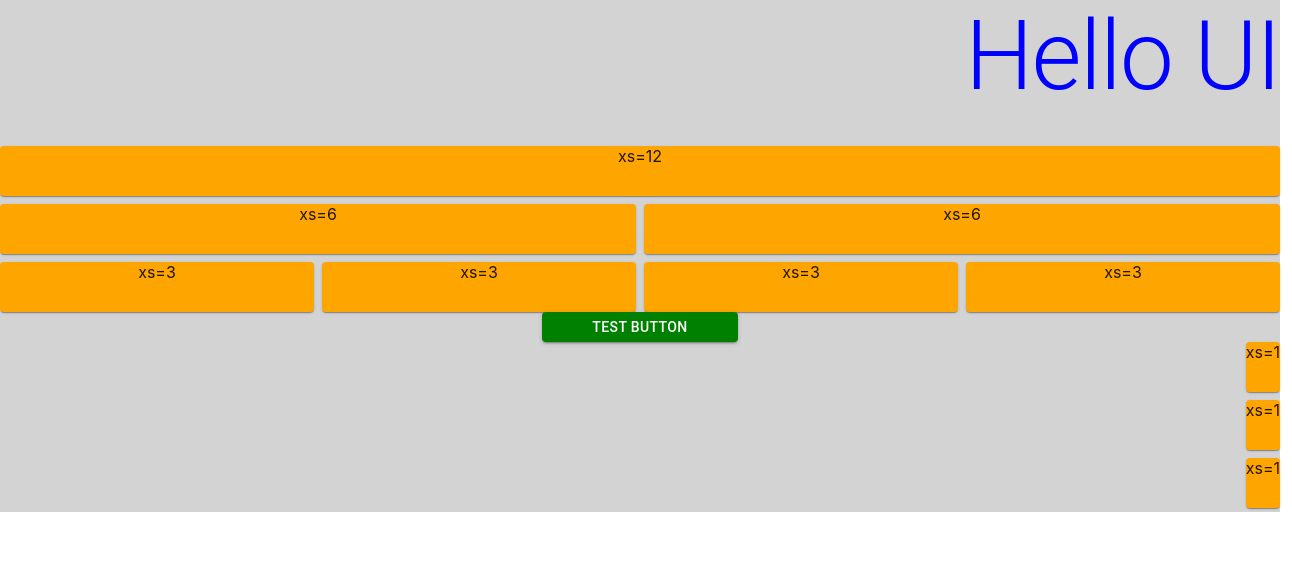
Repository: ShunsukeTanizaki/COVID19-Live
Page: /
The author's editor kept a copy of each file at every save. The page is drawn from the files as they stood at one save, then again after a run of saves.
The browser window is 1280 px wide. The page is 1284 px wide, then 1292 px, so the pictures cover 1292 px, including what lies to the right of the window. The pictures show the whole page.
The project was rebuilt for these pictures with package versions that can differ from the ones it lists, and the page was loaded fresh each time.

Above is the page before, as saved 2020-11-07 23:48:25.

### src/App.tsx
import React from "react";
// import logo from "./logo.svg";
import "./App.css";
import LinePlot from "./components/LinePlot";
import PiePlot from "./components/PiePlot";
import BarPlot from "./components/BarPlot";
import RaderPlot from "./components/RaderPlot";
import BubblePlot from "./components/BubblePlot";
import MaterialUI from "./components/MaterialUI ";

function App() {
    return (
        <div className="App">
            {/* <LinePlot />
            <PiePlot />
            <BarPlot />
            <RaderPlot />
            <BubblePlot /> */}

            <MaterialUI />
        </div>
    );
}

export default App;

### src/App.css
.App {
    background-color: lightgray;
    text-align: center;
}

.App-logo {
    height: 40vmin;
    pointer-events: none;
}

@media (prefers-reduced-motion: no-preference) {
    .App-logo {
        animation: App-logo-spin infinite 20s linear;
    }
}

.App-header {
    background-color: #282c34;
    min-height: 100vh;
    display: flex;
    flex-direction: column;
    align-items: center;
    justify-content: center;
    font-size: calc(10px + 2vmin);
    color: white;
}

.App-link {
    color: #61dafb;
}

@keyframes App-logo-spin {
    from {
        transform: rotate(0deg);
    }
    to {
        transform: rotate(360deg);
    }
}

### src/components/MaterialUI .tsx
import React from "react";
import { Button, makeStyles, Typography, Grid, Paper } from "@material-ui/core";

const useStyles = makeStyles({
    btnStyle: {
        background: "green",
        padding: "3px 50px"
    },
    typoStyle: {
        color: "blue"
    },
    paperStyle: {
        background: "orange",
        height: "50px"
    }
});

const MaterialUI: React.FC = () => {
    const classes = useStyles();
    return (
        <div>
            <Typography
                className={classes.typoStyle}
                color="secondary"
                variant="h1"
                align="right"
                gutterBottom
            >
                Hello UI
            </Typography>

            <Grid container spacing={1}>
                <Grid item xs={12}>
                    <Paper className={classes.paperStyle}>xs=12</Paper>
                </Grid>
                <Grid item xs={12} md={6}>
                    <Paper className={classes.paperStyle}>xs=6</Paper>
                </Grid>
                <Grid item xs={12} md={6}>
                    <Paper className={classes.paperStyle}>xs=6</Paper>
                </Grid>
                <Grid item xs={6} md={3}>
                    <Paper className={classes.paperStyle}>xs=3</Paper>
                </Grid>
                <Grid item xs={6} md={3}>
                    <Paper className={classes.paperStyle}>xs=3</Paper>
                </Grid>
                <Grid item xs={6} md={3}>
                    <Paper className={classes.paperStyle}>xs=3</Paper>
                </Grid>
                <Grid item xs={6} md={3}>
                    <Paper className={classes.paperStyle}>xs=3</Paper>
                </Grid>
            </Grid>

            <Button
                className={classes.btnStyle}
                variant="contained"
                color="primary"
            >
                test Button
            </Button>

            <Grid
                container
                direction="column"
                justify="flex-start"
                alignItems="flex-end"
                spacing={1}
            >
                <Grid item xs={1}>
                    <Paper className={classes.paperStyle}>xs=1</Paper>
                </Grid>
                <Grid item xs={1}>
                    <Paper className={classes.paperStyle}>xs=1</Paper>
                </Grid>
                <Grid item xs={1}>
                    <Paper className={classes.paperStyle}>xs=1</Paper>
                </Grid>
            </Grid>
        </div>
    );
};

export default MaterialUI;

Loaded but not shown: public/index.html (common file); src/index.tsx (common file); src/index.css (common file); src/reportWebVitals.ts (common file)

After the next 2 saves:
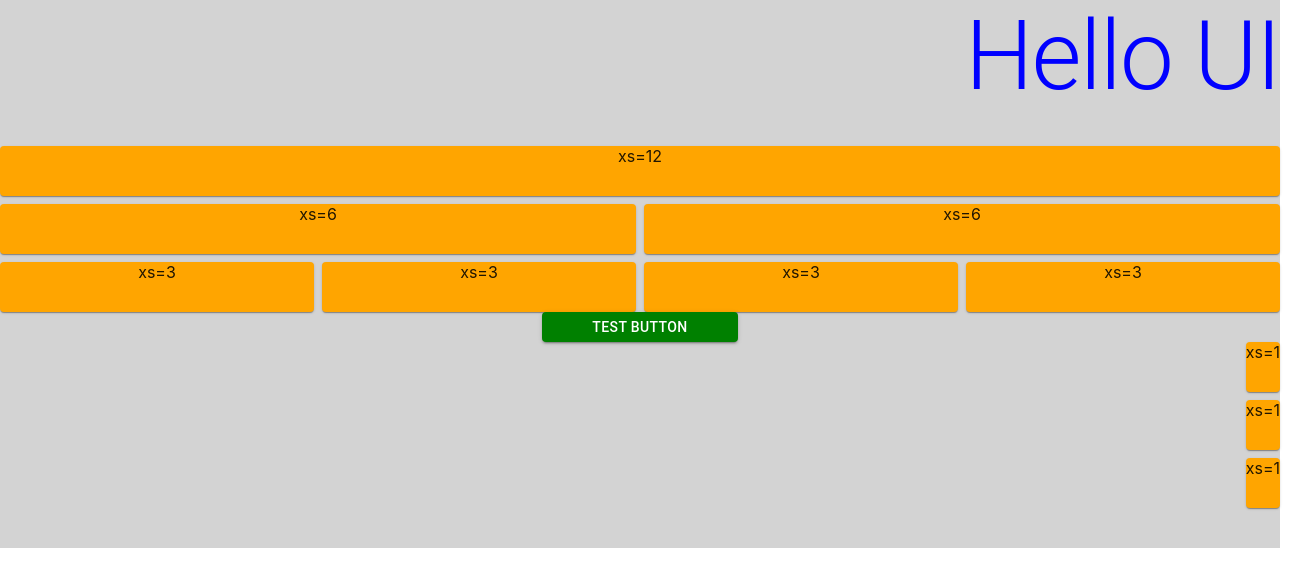
The 2 saves are shown as one change because 1 did not build or start.
The last was saved 2 min 49 s later.
--- a/src/components/MaterialUI .tsx
+++ b/src/components/MaterialUI .tsx
@@ -78,6 +78,13 @@ const MaterialUI: React.FC = () => {
                     <Paper className={classes.paperStyle}>xs=1</Paper>
                 </Grid>
             </Grid>
+
+            <Grid container spacing={3} direction="column">
+                <Grid item xs={12}></Grid>
+                <Grid item xs={12}>
+                    {" "}
+                </Grid>
+            </Grid>
         </div>
     );
 };
